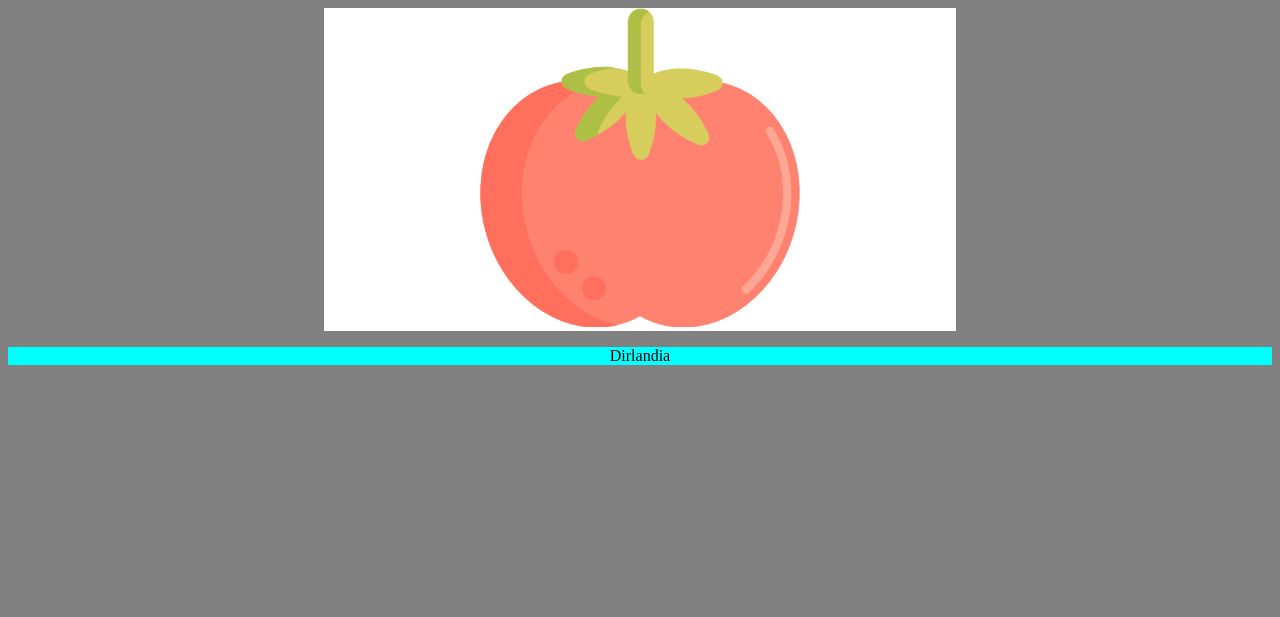
Repository: Dirlandia404/pomodoro
Page: /
An editor plug-in stored every save of this project. The page is shown before and after the next save, followed by the edit.
The browser window is 1280 px wide. The pictures show the whole page.
The project was rebuilt for these pictures with package versions that can differ from the ones it lists, and the page was loaded fresh each time.

Above is the page before, as saved 2021-11-24 23:11:30.

After the next save:
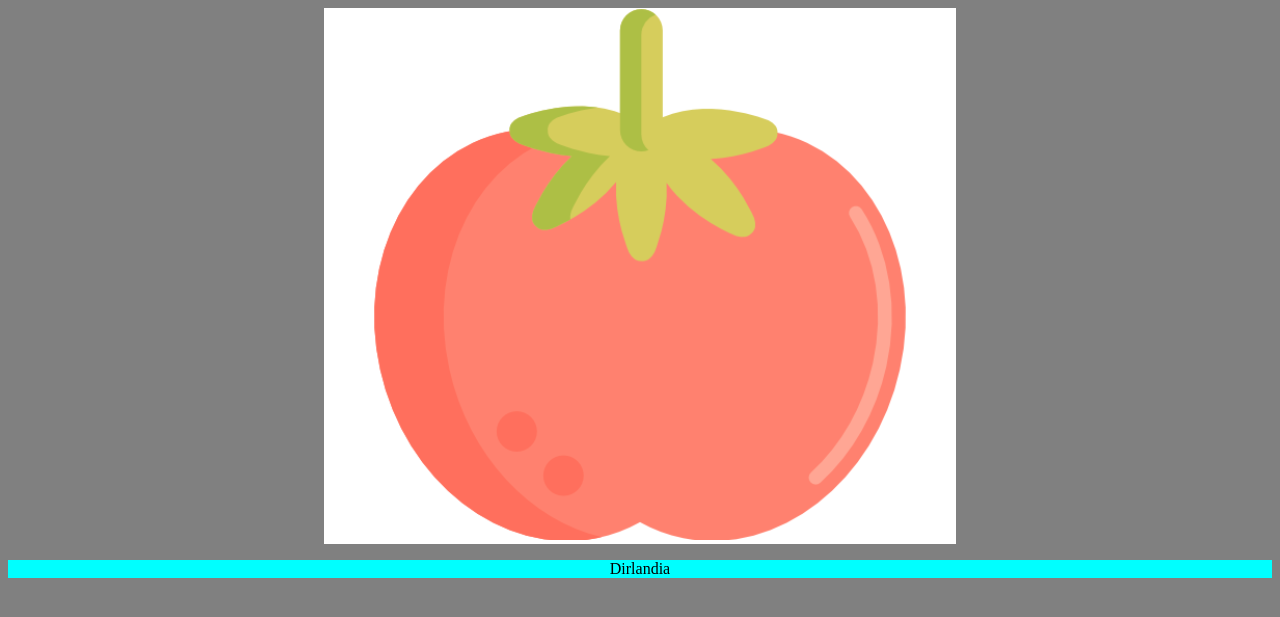
Saved 8 s later.
--- a/src/componentes/componente.css
+++ b/src/componentes/componente.css
@@ -9,7 +9,7 @@ form{
     width: 50%;
 }
 img{
-    width: 60%;
+    width: 100%;
     height: 20%;
 }
 p{
